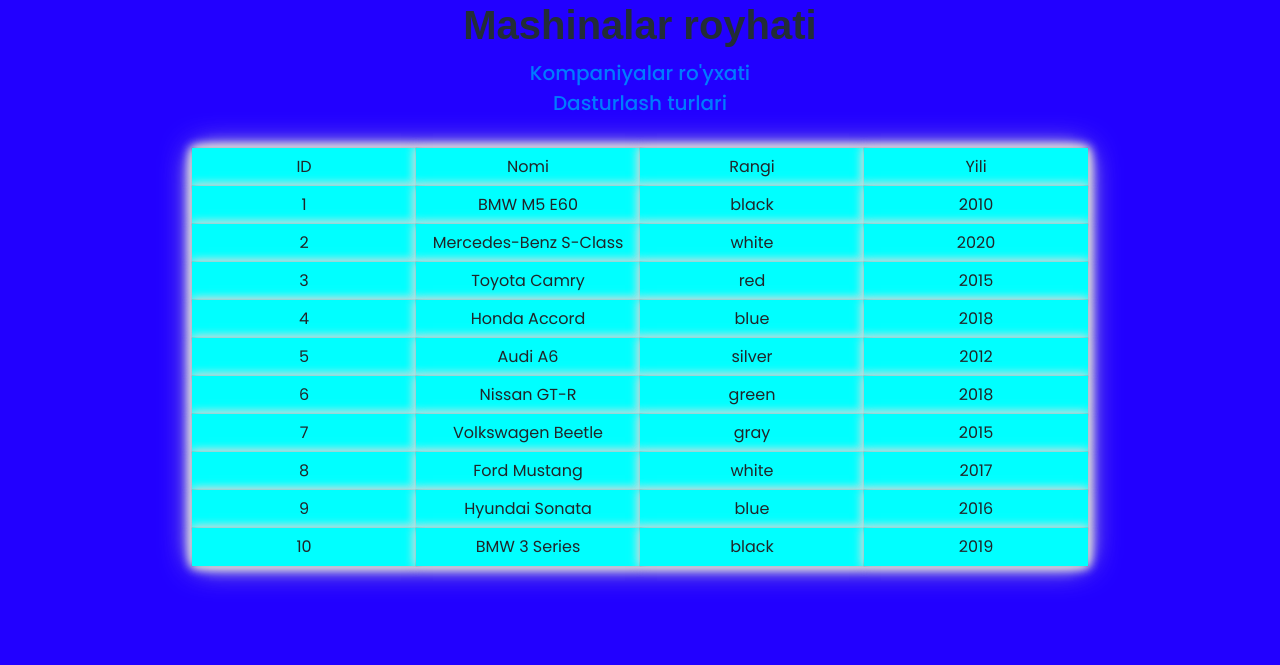
Repository: maqsudov0371/vazifa
Page: http://localhost/
These files come from the project's save history. The page is drawn as it stood at one moment and after a run of saves; the edit follows.
The browser window is 1280 px wide. The pictures show the whole page.
Some web fonts or font styles are not loaded; a fallback is used. The page is served by the project's application, run on Django 5.2 (manage.py).

Above is the page before, as saved 2024-07-19 10:47:35.

After the next 9 saves:
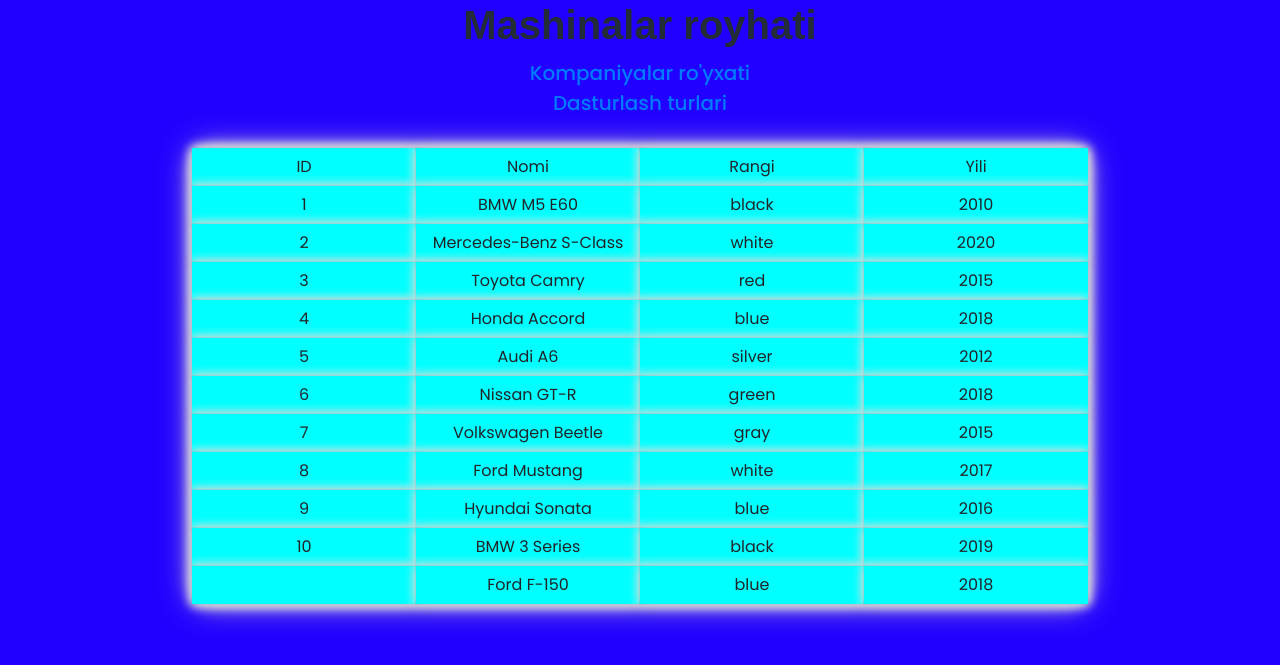
The 9 saves are shown as one change because 2 did not build or start and some came seconds apart.
The last was saved 32 s later.
--- a/main/views.py
+++ b/main/views.py
@@ -13,6 +13,7 @@
         {'id': 8, 'name': 'Ford Mustang', 'color': 'white', 'year': '2017'},
         {'id': 9, 'name': 'Hyundai Sonata', 'color': 'blue', 'year': '2016'},
         {'id': 10, 'name': 'BMW 3 Series', 'color': 'black', 'year': '2019'},
+        {'name': 'Ford F-150', 'color': 'blue', 'year': '2018'},
 
         ]
     context = {
